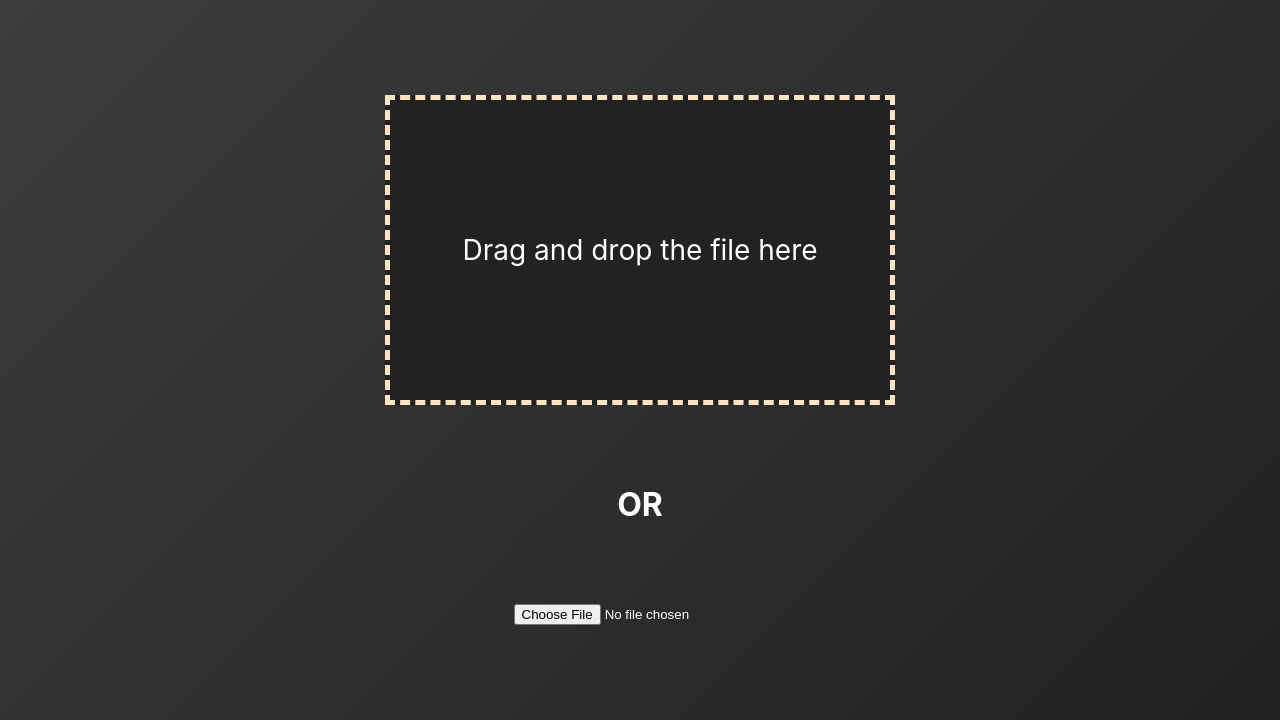
Repository: RXBVK/rt-map
Page: /
These files come from the project's save history. The page is drawn as it stood at one moment and after the next save; the edit follows.
The browser window is 1280 px wide. The pictures show the whole page.
The project was rebuilt for these pictures with package versions that can differ from the ones it lists, and the page was loaded fresh each time.

Above is the page before, as saved 2021-07-21 14:28:48.

After the next save:
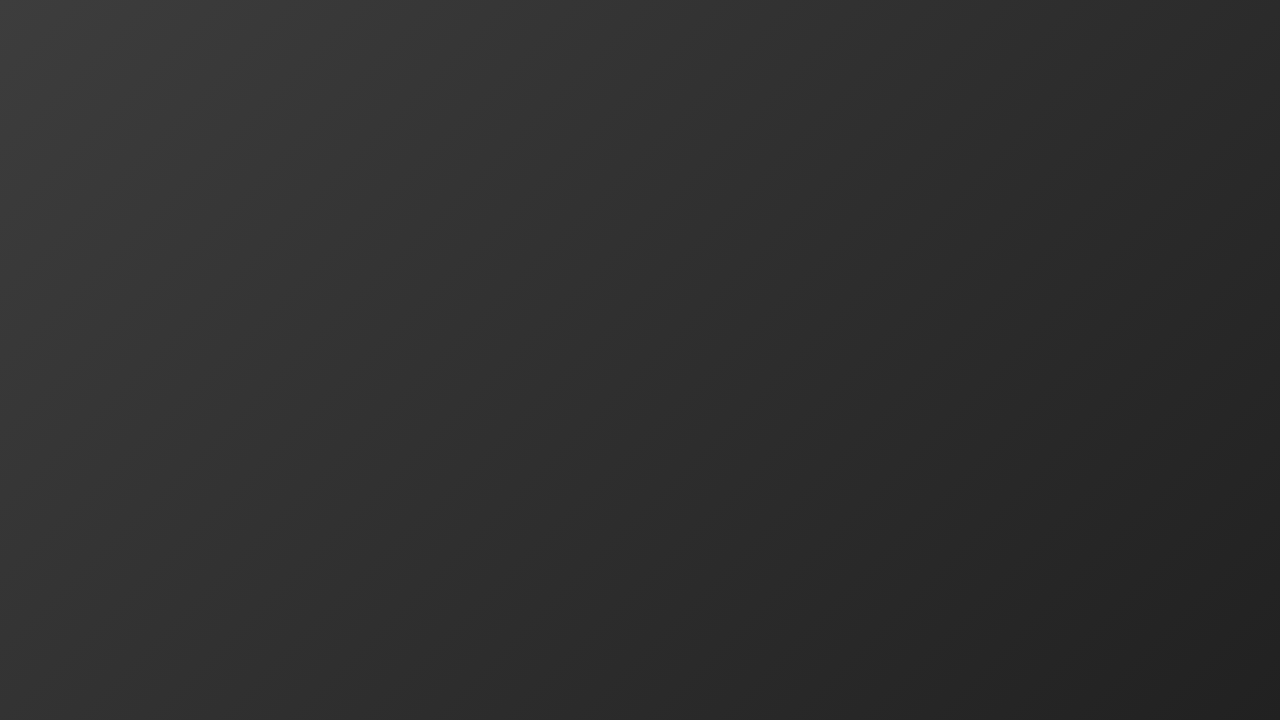
Saved 81 s later.
--- a/src/App.js
+++ b/src/App.js
@@ -4,9 +4,10 @@ import "./styles/app.css";
 
 function App() {
   const [uploadedRows, setUploadedRows] = useState([]);
+  const [dataFromRows, setDataFromRows] = useState([]);
   return (
     <div className="main__container">
-      <CsvUploader setUploadedRows={setUploadedRows} />
+      {!uploadedRows ? <CsvUploader setUploadedRows={setUploadedRows} /> : ""}
     </div>
   );
 }
